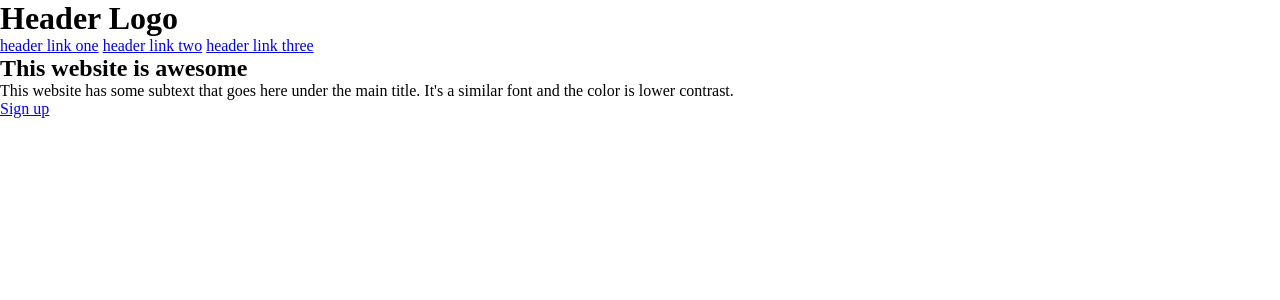
Repository: Pafestivo/Dummy-Landing-Page
Page: index.html
The author's editor kept a copy of each file at every save. The page is drawn from the files as they stood at one save, then again after the next save.
The browser window is 1280 px wide. The pictures show the whole page.

Above is the page before, as saved 2022-09-26 17:31:13.

### index.html
<!DOCTYPE html>
<html lang="en">
<head>
    <meta charset="UTF-8">
    <meta name="viewport" content="width=device-width, initial-scale=1.0">
    <link rel="stylesheet" href="styles.css">
    <title>Landing Page</title>
</head>
<body>
    <header>
        <h1>Header Logo</h1>
        <nav>
            <a href="#">header link one</a>
            <a href="#">header link two</a>
            <a href="#">header link three</a>
        </nav>
    </header>
    <main>
        <section class="first">
            <h1>This website is awesome</h1>
            <p>This website has some subtext that goes here under the main title. It's a similar font and the color is lower contrast.</p>
            <a href="#">Sign up</a>
            <img
            src=""
            alt=""
            />
        </section> <!-- /first -->

        <section class="second">

        </section> <!-- /second -->

        <section class="third">

        </section> <!-- /third -->

        <section class="fourth">

        </section> <!-- /fourth -->

        <footer>

        </footer>
    </main>
</body>
</html>

### styles.css
* {
  padding: 0;
  margin: 0;
  box-sizing: border-box;
}

body {
  font-family: serif;
}

After the next save:
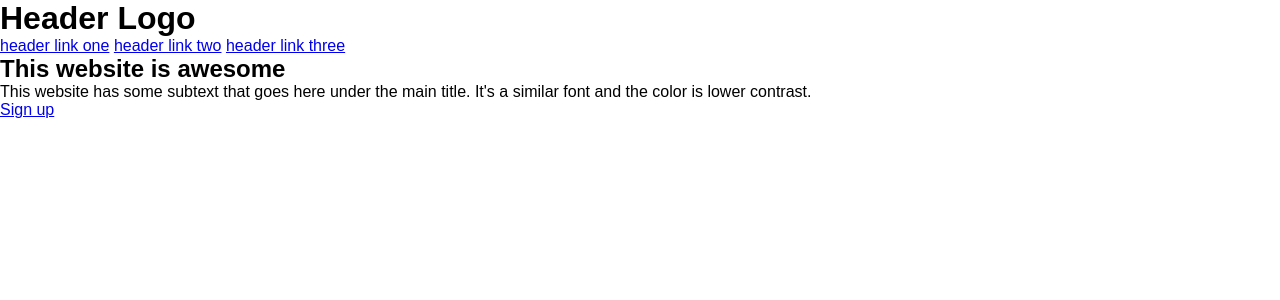
Saved 6 s later.
--- a/styles.css
+++ b/styles.css
@@ -5,5 +5,5 @@
 }
 
 body {
-  font-family: serif;
+  font-family: sans-serif;
 }

After the save that followed:
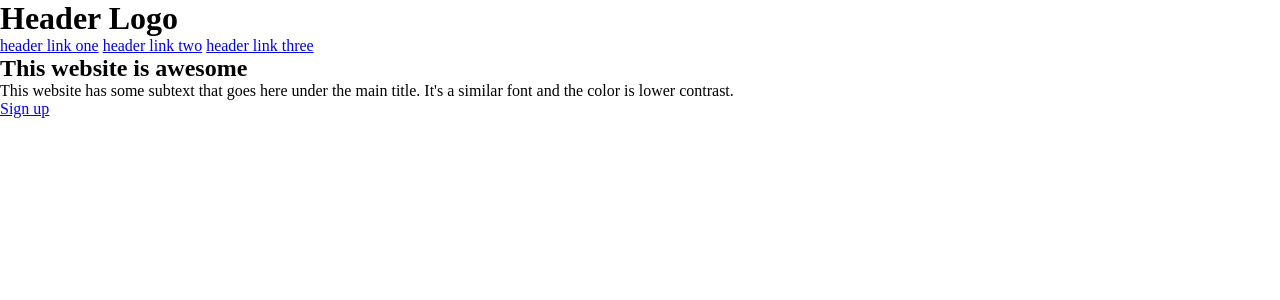
Saved 4 s later.
--- a/styles.css
+++ b/styles.css
@@ -5,5 +5,5 @@
 }
 
 body {
-  font-family: sans-serif;
+  font-family: serif;
 }
